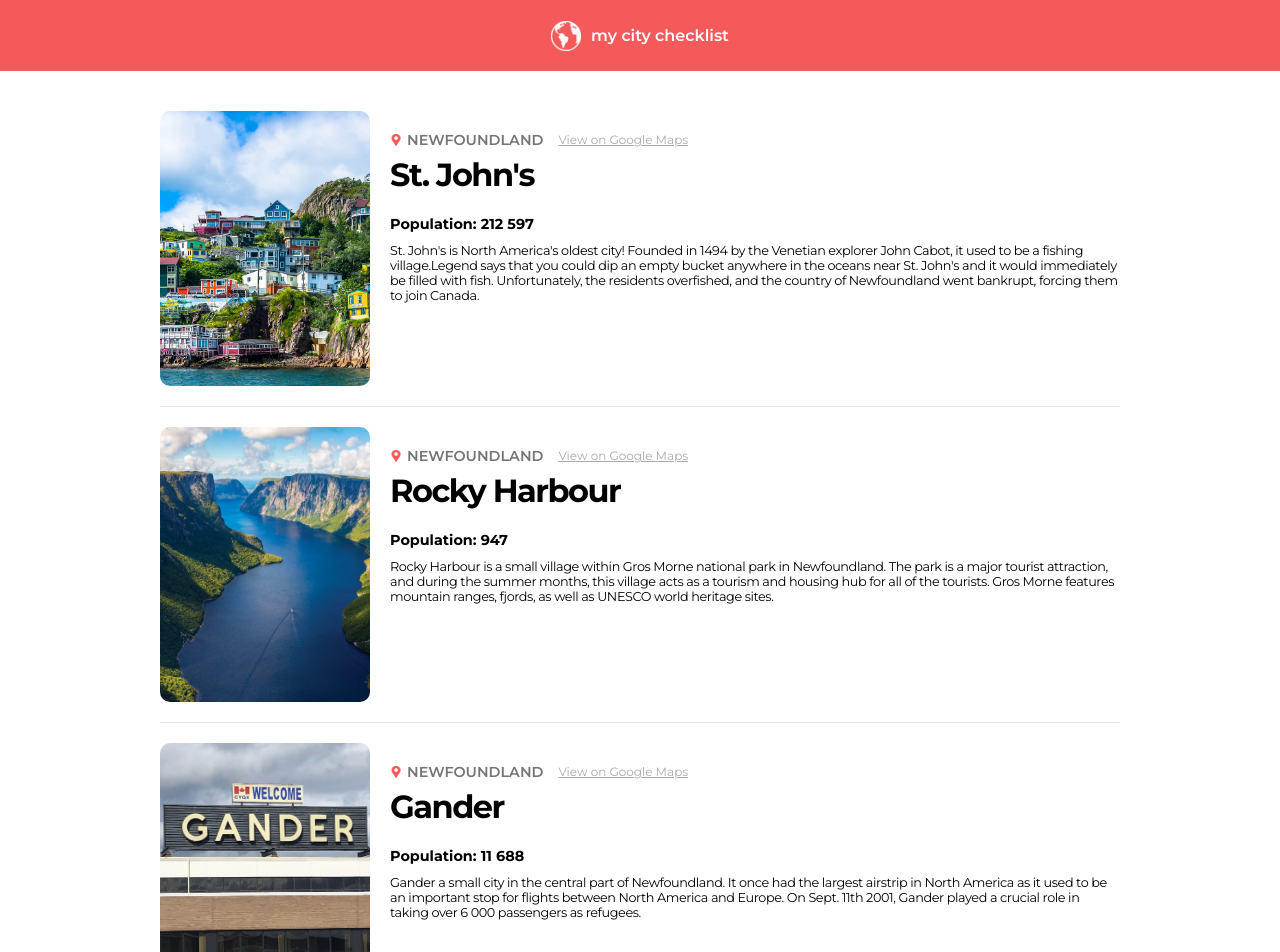
Repository: jsong552/my-city-checklist
Page: /
The author's editor kept a copy of each file at every save. The page is drawn from the files as they stood at one save, then again after the next save.
The browser window is 1280 px wide. The pictures show the part of the page from y = 0 to 952 px (the page is 1355 px tall).
The project was rebuilt for these pictures with package versions that can differ from the ones it lists, and the page was loaded fresh each time. Imported but missing from the stored project, and not drawn on this page: src/reportWebVitals.

Above is the page before, as saved 2023-12-29 21:23:51.

After the next save:
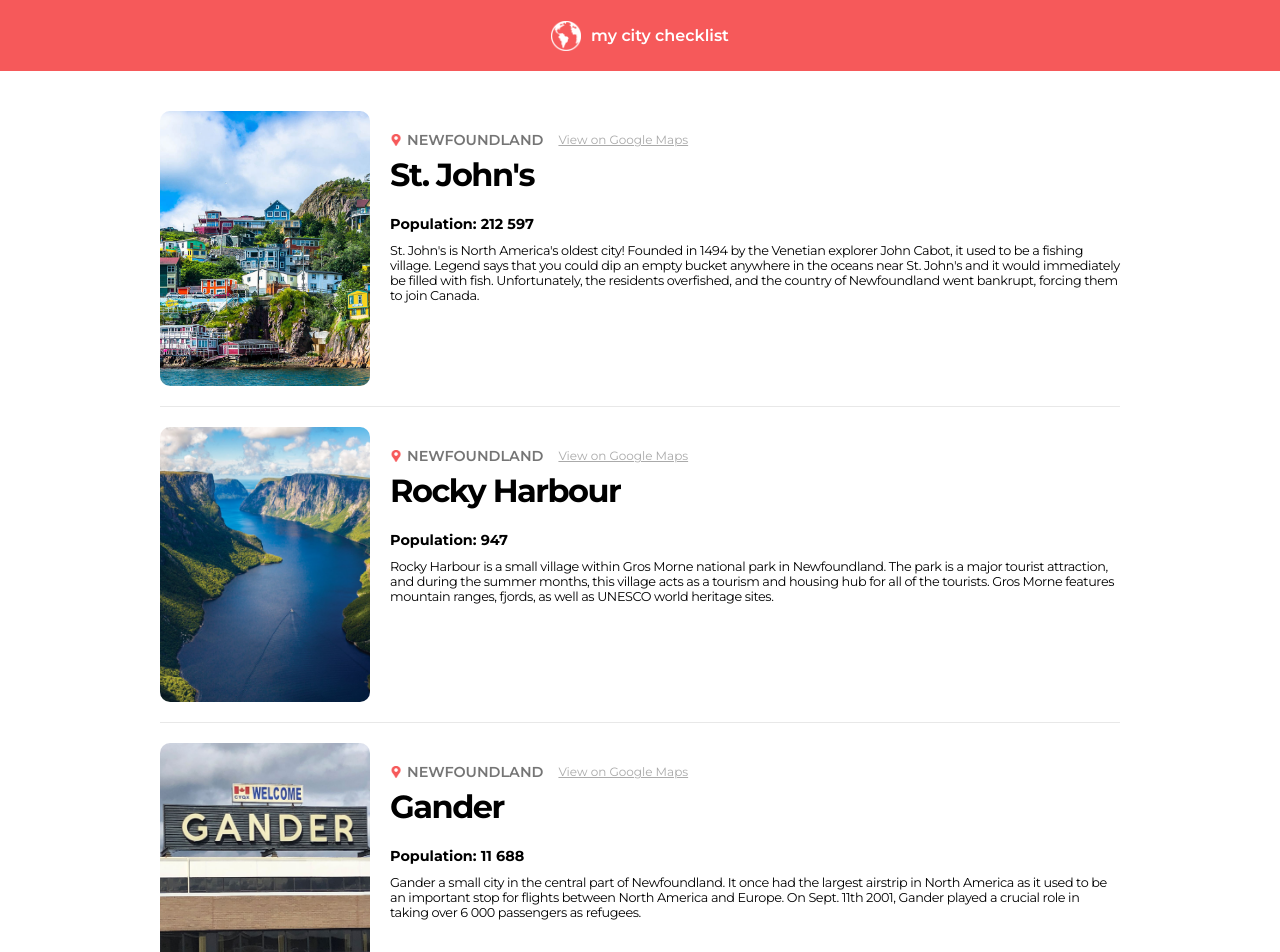
Saved 5 min 2 s later.
--- a/src/data/cardData.js
+++ b/src/data/cardData.js
@@ -6,7 +6,7 @@ export default [
         city: "St. John's",
         alt: "St. John's Downtown",
         population: "212 597",
-        desc: "St. John's is North America's oldest city! Founded in 1494 by the Venetian explorer John Cabot, it used to be a fishing village.Legend says that you could dip an empty bucket anywhere in the oceans near St. John's and it would immediately be filled with fish. Unfortunately, the residents overfished, and the country of Newfoundland went bankrupt, forcing them to join Canada.",
+        desc: "St. John's is North America's oldest city! Founded in 1494 by the Venetian explorer John Cabot, it used to be a fishing village. Legend says that you could dip an empty bucket anywhere in the oceans near St. John's and it would immediately be filled with fish. Unfortunately, the residents overfished, and the country of Newfoundland went bankrupt, forcing them to join Canada.",
         link: "https://www.google.com/maps/place/St.+John's,+NL/@47.4825126,-52.9947887,11z/data=!3m1!4b1!4m6!3m5!1s0x4b0ca38e6b0aa261:0x9e1fd4001f12261f!8m2!3d47.5556097!4d-52.7452511!16zL20vMGo4cDY?hl=en&entry=ttu",
     },
     {
